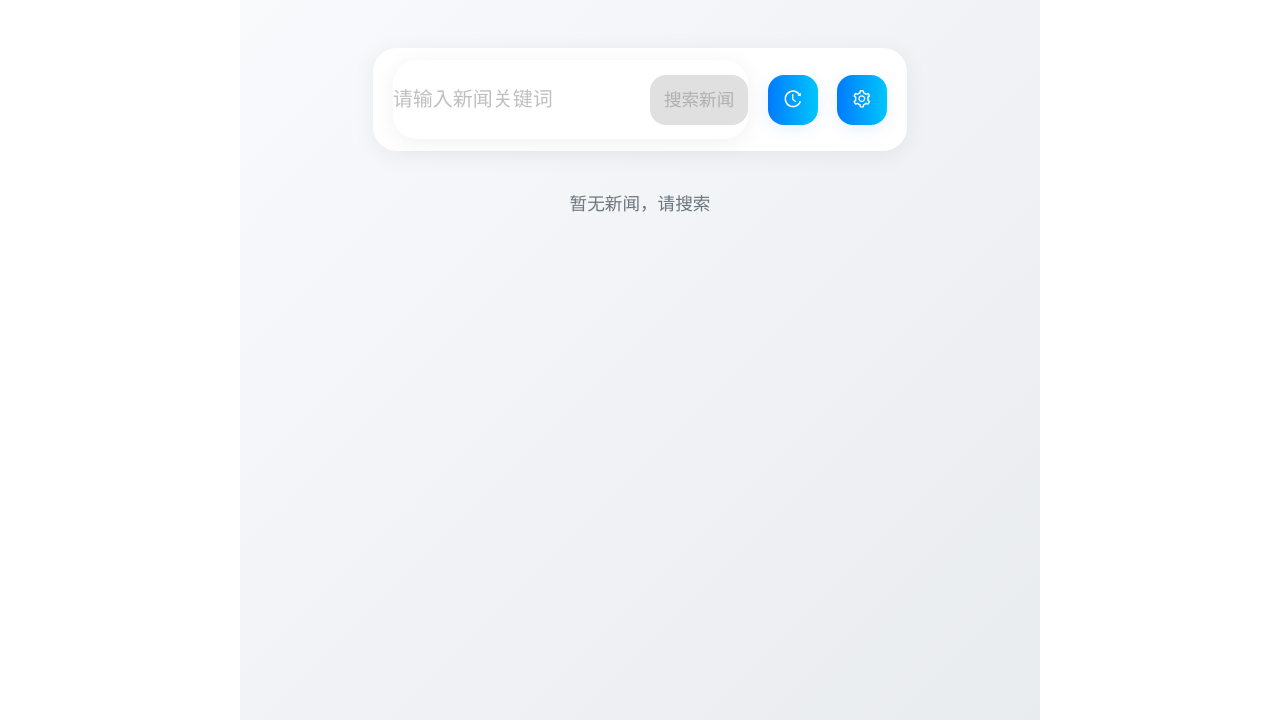
Repository: XJN7197/NewsAssistantBaseMCP
Page: / (app in frontend/)
These files come from the project's save history. The page is drawn as it stood at one moment and after the next save; the edit follows.
The browser window is 1280 px wide. The pictures show the whole page.
The project was rebuilt for these pictures with package versions that can differ from the ones it lists, and the page was loaded fresh each time. Also part of the build but not shown: frontend/vite.config.ts, frontend/src/components/NewsCard.tsx.

Above is the page before, as saved 2025-05-25 19:56:38.

### frontend/src/App.tsx
import { useState } from 'react'
import Home from './pages/Home'
import './App.css'

function App() {

  return (
    <>
      <Home/>
    </>
  )
}

export default App

### frontend/src/pages/Home.module.css
.home-container {
  height: 100vh;
  width: 800px;
  background: linear-gradient(135deg, #f8fafc 0%, #e9ecef 100%);
  display: flex;
  flex-direction: column;
  align-items: center;
  padding: 48px 0 48px 0; /* 调整了上下padding，左右padding设为0，因为内容区会通过max-width控制 */
  font-family: -apple-system, BlinkMacSystemFont, "Segoe UI", Roboto, "Helvetica Neue", Arial, "PingFang SC", "Hiragino Sans GB", "Microsoft YaHei", sans-serif;
}

.search-bar {
  display: flex;
  justify-content: space-evenly;
  align-items: center;
  position: sticky;
  top: 0;
  z-index: 1;
  background: #fff;
  border-radius: 24px;
  box-shadow: 0 4px 24px 0 rgba(0,0,0,0.06);
  padding: 12px 0; /* 减小整体内边距 */
  width: 66.66%;
  max-width: none;
}

.search-bar input[type="text"] {
  flex: 1;
  border: none;
  outline: none;
  font-size: 1.25rem;
  background: transparent;
  color: #222;
  padding: 8px 12px; /* 调整输入框内边距 */
  margin: 0;
  box-sizing: border-box;
  border-radius: 8px; /* 添加圆角 */
  transition: background 0.2s;
}

/* 添加输入框悬停效果 */
.search-bar input[type="text"]:hover,
.search-bar input[type="text"]:focus {
  background: rgba(0, 0, 0, 0.02);
}
.search-bar button {
  height: 50px;
  background: linear-gradient(90deg, #007aff 0%, #00c6fb 100%);
  color: #fff;
  border: none;
  border-radius: 16px; /* 更大的圆角 */
  padding: 14px 36px; /* 增加了按钮padding */
  font-size: 1.1rem; /* 稍大字体 */
  font-weight: 500;
  cursor: pointer;
  transition: background 0.2s, box-shadow 0.2s;
  box-shadow: 0 4px 16px 0 rgba(0,122,255,0.10); /* 按钮阴影 */
}

.search-bar button:disabled {
  background: #e0e0e0;
  color: #b0b0b0;
  cursor: not-allowed;
  box-shadow: none;
}

.news-list-container { /* Renamed from .news-list */
  width: 66.66%; /* 宽度固定为视口宽度的2/3 */
  /* height: 1500px; 高度固定为1500px */
  max-width: none; /* 移除最大宽度限制 */
  margin-bottom: 40px;
  min-height: 180px; /* 最小高度，避免内容过少时塌陷 */
  display: flex;
  flex-direction: column;
  gap: 24px; /* 新闻卡片之间的间距 */
  overflow-y: auto; /* 添加垂直滚动 */
  /* 可以在这里添加新闻卡片的样式，或者为新闻卡片组件单独创建样式文件 */
}

/* 针对 news-list 中暂无新闻的提示文本样式 */
.news-list > div {
  color: #6c757d; /* 柔和的提示文字颜色 */
  font-size: 1.1rem;
  text-align: center;
  padding: 40px 0;
}

/* Styles for .news-card, .checkbox-container, .news-content, .news-title, .news-desc, .news-link are removed as Ant Design components handle them */

/* 错误消息样式 */
.error-message {
  color: #dc3545; /* 红色错误提示 */
  font-size: 1.1rem;
  text-align: center;
  padding: 40px 0;
}


.analyze-btn {
  margin-bottom: 32px;
}

.analyze-btn button {
  background: linear-gradient(90deg, #34e89e 0%, #0f3443 100%); /* 保持了之前的渐变色 */
  color: #fff;
  border: none;
  border-radius: 16px; /* 更大的圆角 */
  padding: 16px 48px; /* 增加了按钮padding */
  font-size: 1.2rem; /* 稍大字体 */
  font-weight: 600;
  cursor: pointer;
  transition: background 0.2s, box-shadow 0.2s;
  box-shadow: 0 4px 16px 0 rgba(52,232,158,0.10); /* 按钮阴影 */
}

.analyze-btn button:disabled {
  background: #e0e0e0;
  color: #b0b0b0;
  cursor: not-allowed;
  box-shadow: none;
}

/* Styles for .report-modal and its children are removed as Ant Design Modal component handles them */

### frontend/src/mock/newsData.ts
export const mockNewsData = {
    news_list: [
      {
        title: "Qwen引领AI前端技术革新：深度解析一句话开发网页的突破_模型_行业_创新",
        desc: "在人工智能快速发展的2025年，来自量子位的最新报道显示，AI技术正迎来前所未有的革新，尤其是在前端开发领域。由Qwen推出的“AI前端工程师”WebDev工具，以...",
        url: "https://news.sohu.com/a/893821748_121924584"
      },
      {
        title: "谷歌推Gemini2.5Pro模型，AI 助力前端开发与复杂编程",
        desc: "谷歌推Gemini2.5Pro模型#，AI 助力前端开发与复杂编程】5 月7 日消息，科技媒体The Decoder 昨日（5 月6 日）发布博文，报道称谷歌为预热今年的I/O...",
        url: "https://news.sina.com.cn/external/car/2025-05-07/doc-inevtine1324735.shtml"
      },
      {
        title: "前端程序员请注意！首个截图就能生成现代前端代码的AI来了 | 已开源",
        desc: "现在截图生成代码，已经来到了一个新高度——. ⾸个⾯向现代前端代码⽣成的多模态⼤模型解决⽅案，来了！ 而且是开源的那种。 前端程序员请注意！首个截图就能...",
        url: "https://www.qbitai.com/2025/02/258521.html"
      },
      {
        title: "AI包办79%代码，程序员饭碗不保，前端开发要凉，人类只配改Bug？",
        desc: "编码助手更偏向自动化。有79%的Claude Code对话可以被归为「自动化」，即AI直接完成任务，而不是与人类协作「增强」。相比之下，Claude.ai的对话中只有49%是...",
        url: "https://m.36kr.com/p/3271134281245063"
      },
      {
        title: "武汉烽火申请前后端协同开发方法专利，大大降低前后端耦合度",
        desc: "本文源自:金融界. 金融界2025年5月15日消息，国家知识产权局信息显示，武汉烽火信息集成技术有限公司申请一项名为“前后端协同开发方法、装置、设备及可...",
        url: "https://cj.sina.cn/articles/view/1704103183/65928d0f02007wlqg?froms=ggmp"
      }
    ]
  };

### frontend/src/mock/reportData.ts
// 模拟舆情分析报告数据
export const mockReportData = {
  report: `
  **分析时间：** 2025-05-22 20:48:32

  ---

  ## 📥 原始新闻内容

  ### 新闻1
  - **标题**: Qwen引领AI前端技术革新：深度解析一句话开发网页的突破_模型_行业_创新
  - **描述**: 在人工智能快速发展的2025年，来自量子位的最新报道显示，AI技术正迎来前所未有的革新，尤其是在前端开发领域。由Qwen推出的“AI前端工程师”WebDev工具，以...
  - **链接**: https://news.sohu.com/a/893821748_121924584

  ### 新闻2
  - **标题**: 谷歌推Gemini2.5Pro模型，AI 助力前端开发与复杂编程
  - **描述**: 谷歌推Gemini2.5Pro模型#，AI 助力前端开发与复杂编程】5 月7 日消息，科技媒体The Decoder 昨日（5 月6 日）发布博文，报道称谷歌为预热今年的I/O...
  - **链接**: https://news.sina.com.cn/external/car/2025-05-07/doc-inevtine1324735.shtml

  ### 新闻3
  - **标题**: 前端程序员请注意！首个截图就能生成现代前端代码的AI来了 | 已开源
  - **描述**: 现在截图生成代码，已经来到了一个新高度——. ⾸个⾯向现代前端代码⽣成的多模态⼤模型解决⽅案，来了！ 而且是开源的那种。 前端程序员请注意！首个截图就能...
  - **链接**: https://www.qbitai.com/2025/02/258521.html

  ### 新闻4
  - **标题**: AI包办79%代码，程序员饭碗不保，前端开发要凉，人类只配改Bug？
  - **描述**: 编码助手更偏向自动化。有79%的Claude Code对话可以被归为「自动化」，即AI直接完成任务，而不是与人类协作「增强」。相比之下，Claude.ai的对话中只有49%是...
  - **链接**: https://m.36kr.com/p/3271134281245063

  ### 新闻5
  - **标题**: 武汉烽火申请前后端协同开发方法专利，大大降低前后端耦合度
  - **描述**: 本文源自:金融界. 金融界2025年5月15日消息，国家知识产权局信息显示，武汉烽火信息集成技术有限公司申请一项名为“前后端协同开发方法、装置、设备及可...
  - **链接**: https://cj.sina.cn/articles/view/1704103183/65928d0f02007wlqg?froms=ggmp

  ---

  ## 📊 分析结果

  ### 舆情分析报告
  **日期**：2025年5月
  **分析范围**：五篇关于AI与前端开发的新闻

  ---

  #### **一、情绪倾向分析**
  | 新闻编号 | 情绪倾向 | 原因说明 |
  |----------|----------|----------|
  | **新闻1** | **正面** | 强调Qwen的“革新”“突破”等词汇，突出AI技术对前端开发的赋能，传递积极创新信号。 |
  | **新闻2** | **正面** | 谷歌推出新模型推动“AI助力前端开发”，体现技术迭代的行业趋势，语气温和但积极。 |
  | **新闻3** | **正面** | 聚焦“首个截图生成代码”“开源”等关键词，展示AI工具的实用性和开放性，引发开发者关注。 |
  | **新闻4** | **负面** | 标题直接使用“饭碗不保”“要凉”等强烈词汇，讨论AI对程序员职业的冲击，情绪偏担忧。 |
  | **新闻5** | **正面** | 武汉烽火的专利申请聚焦“降低耦合度”技术优化，体现行业对效率提升的关注，属中性积极技术报道。 |

  ---

  #### **二、舆情总结**
  1. **技术革新主导正面情绪**
     - 多篇新闻聚焦AI在前端开发中的创新应用（如Qwen、Gemini2.5Pro、开源工具），强调效率提升、自动化开发等优势，反映行业对AI技术的期待与认可。
     - 专利申请（新闻5）进一步表明企业对技术优化的重视，传递积极发展趋势。

  2. **负面情绪集中于就业风险**
     - 新闻4通过“79%代码由AI包办”“程序员饭碗不保”等表述，引发对AI替代人力的焦虑，负面情绪显著，但未否认技术价值。

  3. **行业矛盾与机遇并存**
     - 正面报道多关注技术突破，负面内容则反映人类与AI协作模式的争议，整体呈现“技术进步”与“职业担忧”的双重叙事。

  ---

  #### **三、建议**
  - **技术开发者**：关注AI工具的开源与迭代（如新闻3），同时提升复合技能以适应自动化趋势。
  - **企业与政策制定者**：平衡技术应用与就业保障，推动人机协作模式的探索。
  - **媒体传播**：客观呈现AI对行业的赋能与挑战，避免过度渲染负面情绪。

  **结论**：当前舆情以技术革新为核心积极主题，但需警惕AI对职业结构的潜在冲击，行业需在创新与人文关怀间寻求平衡。
`
}

### frontend/src/components/NewsSearch.tsx
import React from 'react';
import { Button as AntButton, Input } from 'antd';
import styles from '../pages/Home.module.css'; // 引入 Home.module.css 中的样式

interface NewsSearchProps {
  keyword: string;
  setKeyword: (keyword: string) => void;
  handleSearch: () => void;
  loading: boolean;
}

const NewsSearch: React.FC<NewsSearchProps> = ({
  keyword,
  setKeyword,
  handleSearch,
  loading,
}) => {
  return (
    <div className={styles['search-bar']}> {/* 使用 Home.module.css 中的样式 */}
      <Input
        placeholder="请输入新闻关键词"
        value={keyword}
        onChange={e => setKeyword(e.target.value)}
        onPressEnter={handleSearch} // 支持回车搜索
        style={{ flex: 1, fontSize: '1.25rem', padding: '12px 0' }} // 保持原有部分样式
      />
      <AntButton
        type="primary"
        onClick={handleSearch}
        loading={loading}
        disabled={!keyword}
        style={{ borderRadius: '16px', padding: '14px', fontSize: '1.1rem', fontWeight: 500 }} // 保持原有部分样式，并添加右边距
      >
        搜索新闻
      </AntButton>
    </div>
  );
};

export default NewsSearch;

### frontend/src/components/NewsList.tsx
import React from 'react';
import { List, Spin, Typography } from 'antd';
import NewsCard from './NewsCard';
import styles from '../pages/Home.module.css'; // 引入 Home.module.css 中的样式

const { Text } = Typography;

interface NewsListProps {
  newsList: any[]; // 根据实际新闻数据结构定义更精确的类型
  selectedNews: Set<number>;
  onItemChange: (id: number, checked: boolean) => void;
  loading: boolean;
}

const NewsList: React.FC<NewsListProps> = ({
  newsList,
  selectedNews,
  onItemChange,
  loading,
}) => {
  return (
    <div className={styles['news-list-container']}> {/* 使用 Home.module.css 中的样式 */}
      {loading && newsList.length === 0 && (
        <div style={{ textAlign: 'center', padding: '40px 0' }}>
          <Spin size="large" />
        </div>
      )}
      {!loading && newsList.length === 0 && (
        <div style={{ textAlign: 'center', color: '#6c757d', fontSize: '1.1rem', padding: '40px 0' }}>
          暂无新闻，请搜索
        </div>
      )}
      {newsList.length > 0 && newsList[0].error && (
        <div className={styles['error-message']}>{newsList[0].error}</div>
      )}
      {newsList.length > 0 && !newsList[0].error && (
        <List
          itemLayout="horizontal"
          dataSource={newsList}
          renderItem={item => (
            <NewsCard
              key={item.id}
              item={item}
              selectedNews={selectedNews}
              onItemChange={onItemChange}
            />
          )}
        />
      )}
    </div>
  );
};

export default NewsList;

### frontend/src/components/ReportModal.tsx
import React from 'react';
import { Modal, Button as AntButton, Spin, Typography } from 'antd';
import ReactMarkdown from 'react-markdown';
import remarkGfm from 'remark-gfm';

const { Title, Text } = Typography;

interface ReportModalProps {
  showReport: boolean;
  setShowReport: (show: boolean) => void;
  report: string | null;
  loading: boolean;
  handleDownload: () => void;
  setEmailModalVisible: (visible: boolean) => void;
}

const ReportModal: React.FC<ReportModalProps> = ({
  showReport,
  setShowReport,
  report,
  loading,
  handleDownload,
  setEmailModalVisible,
}) => {
  return (
    <Modal
      title={<Title level={3} style={{ textAlign: 'center', marginBottom: 0 }}>舆情分析报告</Title>}
      open={showReport}
      onCancel={() => setShowReport(false)}
      footer={[
        <AntButton
          key="download"
          onClick={handleDownload}
          disabled={!report}
          style={{ borderRadius: '12px', marginRight: '8px' }}
        >
          下载报告
        </AntButton>,
        <AntButton
          key="email"
          onClick={() => setEmailModalVisible(true)}
          disabled={!report}
          style={{ borderRadius: '12px', marginRight: '8px' }}
        >
          发送邮件
        </AntButton>,
        <AntButton key="close" type="primary" onClick={() => setShowReport(false)} style={{ borderRadius: '12px' }}>
          关闭
        </AntButton>
      ]}
      width="60vw"
      styles={{
        body: { maxHeight: '70vh', overflowY: 'auto', background: '#fff', padding: '24px 40px' },
        content: { zIndex: 1000 }
      }}
    >
      {loading && !report ? (
        <div style={{ textAlign: 'center', padding: '40px 0' }}>
          <Spin size="large" tip="分析报告生成中..." />
        </div>
      ) : report ? (
        <ReactMarkdown remarkPlugins={[remarkGfm]}>{report}</ReactMarkdown>
      ) : (
        <Text>报告生成中或无内容...</Text>
      )}
    </Modal>
  );
};

export default ReportModal;

### frontend/src/components/SettingsModal.tsx
import React from 'react';
import { Modal, Button as AntButton, Spin, Form, Input, Typography, message } from 'antd';

const { Title } = Typography;

interface SettingsModalProps {
  showSettings: boolean;
  setShowSettings: (show: boolean) => void;
  config: any; // 根据实际配置数据结构定义更精确的类型
  configLoading: boolean;
  fetchConfig: () => void;
  updateConfig: (values: any) => Promise<void>;
}

const SettingsModal: React.FC<SettingsModalProps> = ({
  showSettings,
  setShowSettings,
  config,
  configLoading,
  fetchConfig,
  updateConfig,
}) => {
  const [configForm] = Form.useForm();

  // 当弹窗打开时获取配置
  React.useEffect(() => {
    if (showSettings) {
      fetchConfig();
    }
  }, [showSettings, fetchConfig]);

  // 当 config 更新时设置表单值
  React.useEffect(() => {
    configForm.setFieldsValue(config);
  }, [config, configForm]);

  const handleSave = async () => {
    try {
      const values = await configForm.validateFields();
      await updateConfig(values);
    } catch (errorInfo) {
      console.error('Validate Failed:', errorInfo);
      message.error('请检查表单填写是否正确。');
    }
  };

  return (
    <Modal
      title={<Title level={3} style={{ textAlign: 'center', marginBottom: 0 }}>配置设置</Title>}
      open={showSettings}
      onCancel={() => setShowSettings(false)}
      footer={[
        <AntButton key="cancel" onClick={() => setShowSettings(false)} style={{ borderRadius: '12px' }}>
          取消
        </AntButton>,
        <AntButton key="submit" type="primary" loading={configLoading} onClick={handleSave} style={{ borderRadius: '12px' }}>
          保存
        </AntButton>,
      ]}
      width="50vw"
      styles={{ body: { maxHeight: '70vh', overflowY: 'auto', background: '#fff', padding: '24px 40px' } }}
    >
      {configLoading && Object.keys(config).length === 0 ? (
        <div style={{ textAlign: 'center', padding: '40px 0' }}>
          <Spin size="large" tip="加载配置中..." />
        </div>
      ) : (
        <Form
          form={configForm}
          layout="vertical"
          initialValues={config} // 使用状态中的配置作为初始值
        >
          {Object.keys(config).map(key => {
            let inputProps = {};

            // 根据不同字段设置不同的input type
            if (key === 'BASE_URL') {
              inputProps = { type: 'url', placeholder: '请输入有效的URL地址' };
            } else if (key === 'EMAIL_USER') {
              inputProps = { type: 'email', placeholder: '请输入有效的邮箱地址' };
            } else if (key === 'SMTP_SERVER') {
              inputProps = {
                type: 'text',
                placeholder: '请输入SMTP服务器地址',
                pattern: '^[a-zA-Z0-9][a-zA-Z0-9\-\.]+[a-zA-Z0-9]$'
              };
            }

            return (
              <Form.Item
                key={key}
                label={key}
                name={key}
                rules={[{ required: true, message: `请输入 ${key}!` }]} // 添加必填规则
              >
                <Input {...inputProps} />
              </Form.Item>
            );
          })}
        </Form>
      )}
    </Modal>
  );
};

export default SettingsModal;

### frontend/src/components/EmailModal.tsx
import React, { useState } from 'react';
import { Modal, Button as AntButton, Form, Input, message } from 'antd';

interface EmailModalProps {
  emailModalVisible: boolean;
  setEmailModalVisible: (visible: boolean) => void;
  report: string | null;
}

const EmailModal: React.FC<EmailModalProps> = ({
  emailModalVisible,
  setEmailModalVisible,
  report,
}) => {
  const [emailTo, setEmailTo] = useState('');
  const [emailSending, setEmailSending] = useState(false);
  const [form] = Form.useForm();

  // Reset form when modal opens
  React.useEffect(() => {
    if (emailModalVisible) {
      form.resetFields();
      setEmailTo(''); // Also reset local state
    }
  }, [emailModalVisible, form]);

  const handleSendEmail = async () => {
    if (!report || !emailTo) return;

    setEmailSending(true);
    try {
      const response = await fetch('http://localhost:8000/send_email', {
        method: 'POST',
        headers: {
          'Content-Type': 'application/json',
        },
        body: JSON.stringify({
          to: emailTo,
          subject: `舆情分析报告`,
          report_content: report
        }),
      });

      const data = await response.json();
      if (data.status === 'success') {
        message.success('邮件发送成功！');
        setEmailModalVisible(false);
      } else {
        message.error(`邮件发送失败: ${data.message}`);
      }
    } catch (error) {
      console.error("邮件发送失败:", error);
      message.error(`邮件发送失败: ${error}`);
    } finally {
      setEmailSending(false);
    }
  };

  return (
    <Modal
      title="发送分析报告到邮箱"
      open={emailModalVisible}
      onCancel={() => setEmailModalVisible(false)}
      footer={[
        <AntButton key="cancel" onClick={() => setEmailModalVisible(false)} style={{ borderRadius: '12px' }}>
          取消
        </AntButton>,
        <AntButton
          key="send"
          type="primary"
          loading={emailSending}
          onClick={handleSendEmail}
          disabled={!emailTo}
          style={{ borderRadius: '12px' }}
        >
          发送
        </AntButton>,
      ]}
    >
      <Form form={form} layout="vertical">
        <Form.Item
          label="收件人邮箱"
          name="email"
          rules={[
            { required: true, message: '请输入收件人邮箱!' },
            { type: 'email', message: '请输入有效的邮箱地址!' }
          ]}
        >
          <Input
            placeholder="请输入收件人邮箱"
            value={emailTo}
            onChange={e => setEmailTo(e.target.value)}
          />
        </Form.Item>
      </Form>
    </Modal>
  );
};

export default EmailModal;

Loaded but not shown: frontend/index.html (common file); frontend/src/main.tsx (common file); frontend/src/index.css (common file); frontend/src/App.css (common file); frontend/src/pages/Home.tsx (476 lines, source omitted)

After the next save:
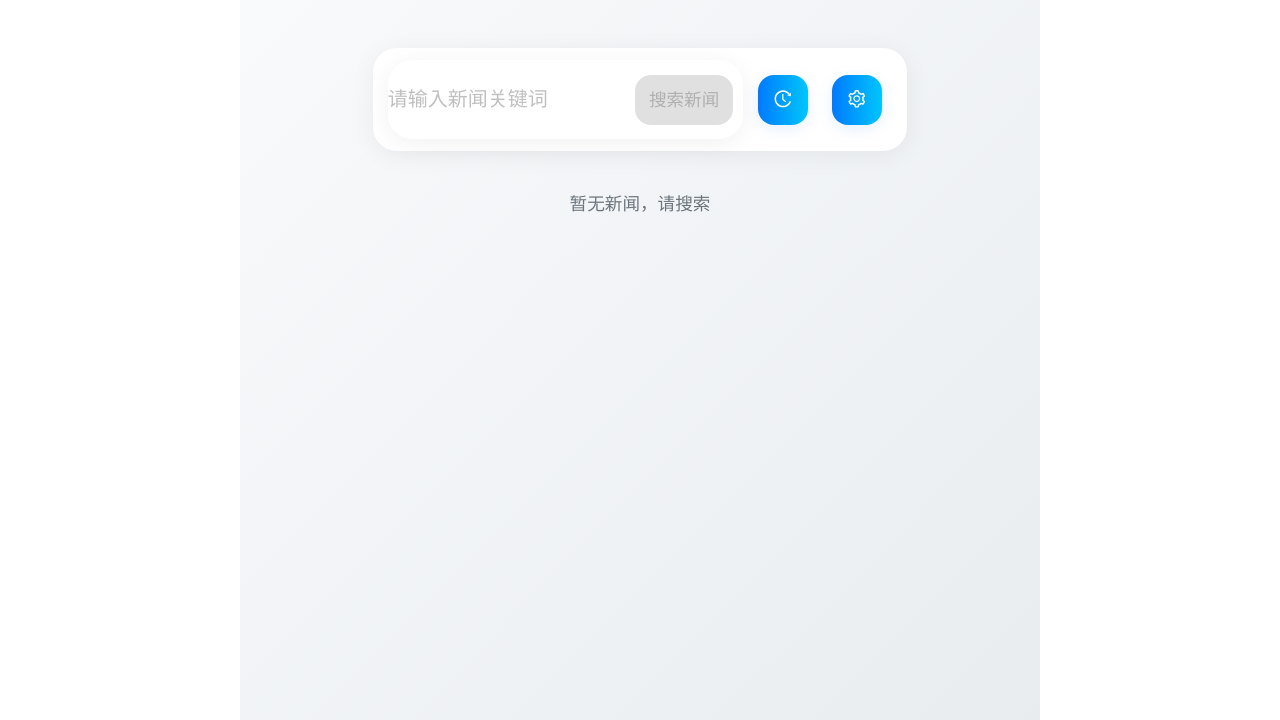
Saved 54 s later.
--- a/frontend/src/pages/Home.module.css
+++ b/frontend/src/pages/Home.module.css
@@ -55,6 +55,7 @@
   cursor: pointer;
   transition: background 0.2s, box-shadow 0.2s;
   box-shadow: 0 4px 16px 0 rgba(0,122,255,0.10); /* 按钮阴影 */
+  margin-right: 10px;
 }
 
 .search-bar button:disabled {
